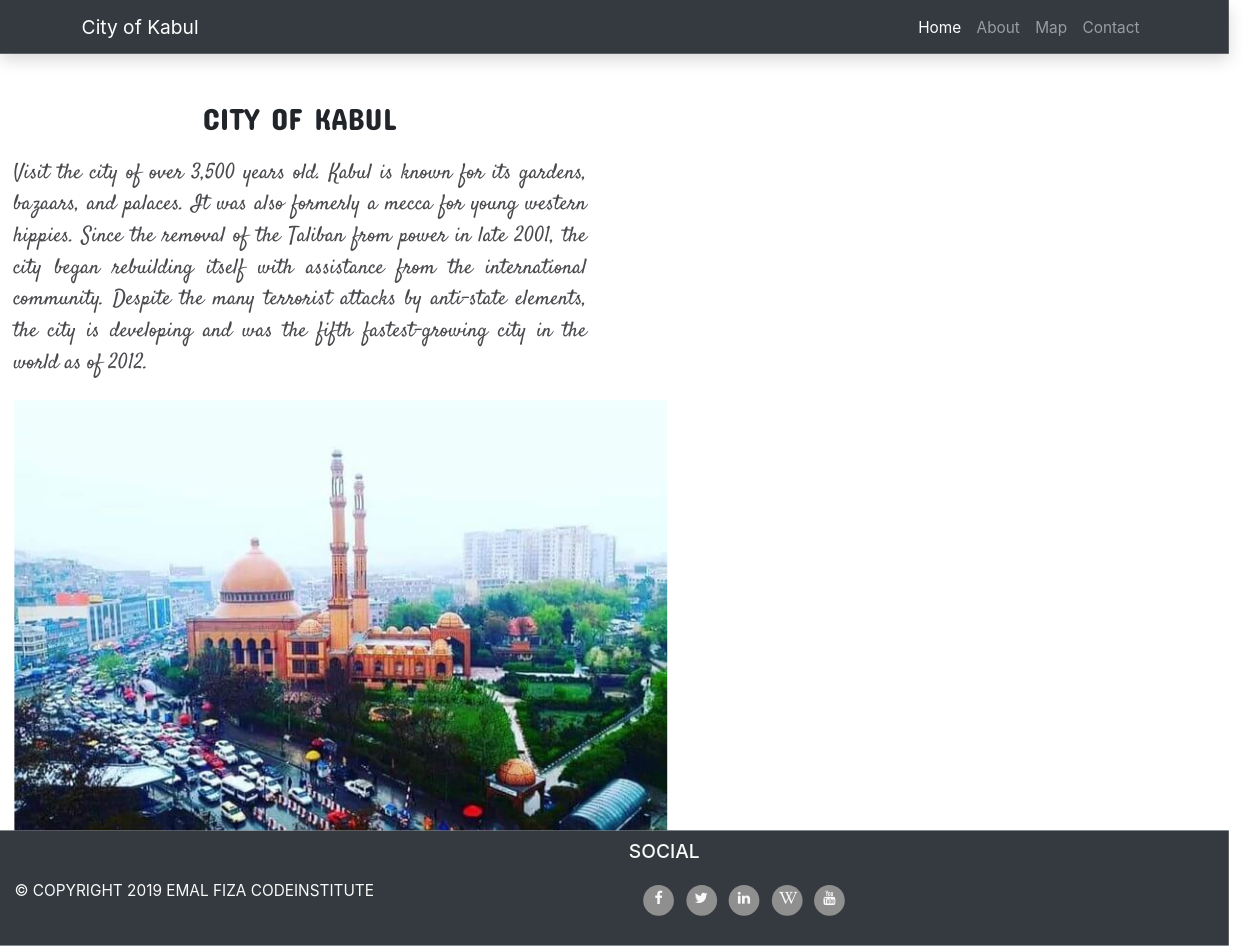
Repository: emalfiza/project-kabul
Page: about.html
The author's editor kept a record of every edit. The page is drawn from the files as they stood at one moment, then again after the next edit.
The browser window is 1280 px wide. The page is 1295 px wide, so the pictures cover 1295 px, including what lies to the right of the window. The pictures show the whole page, at 96% of full size.

Above is the page before.

After the next edit:
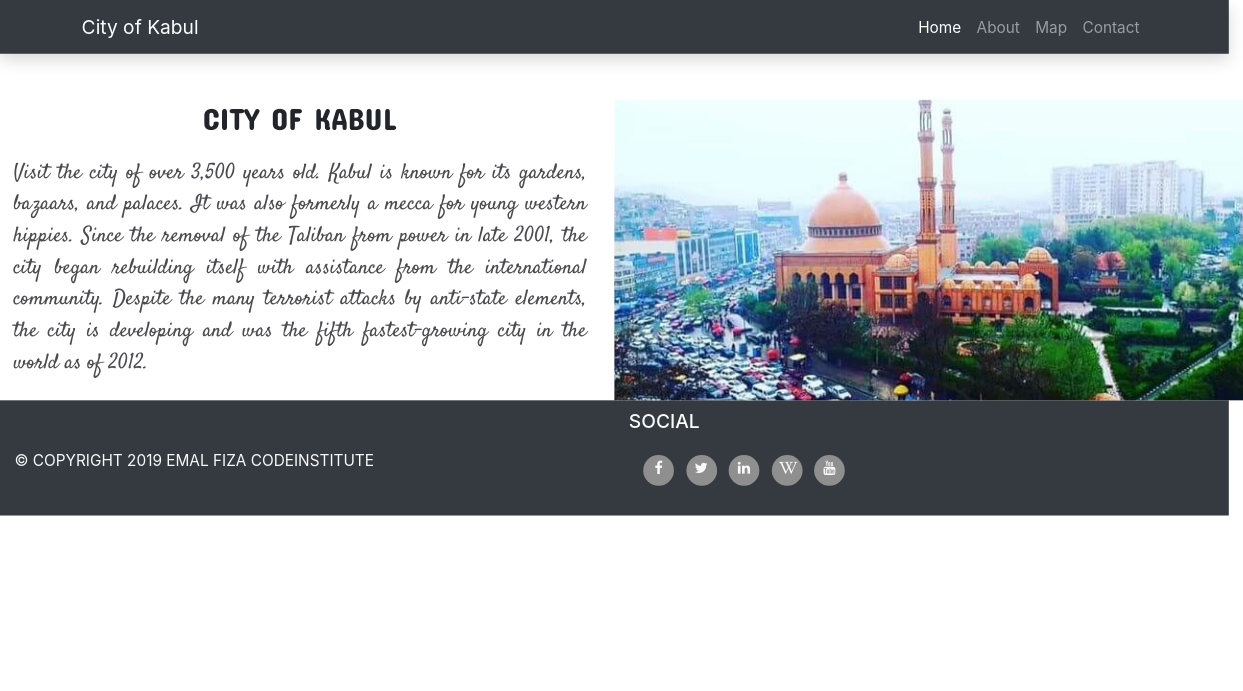
The edit:
--- a/about.html
+++ b/about.html
@@ -55,9 +55,8 @@
           Visit the city of over 3,500 years old. Kabul is known for its gardens, bazaars, and palaces. It was also formerly a mecca for young western hippies. Since the removal of the Taliban from power in late 2001, the city began rebuilding itself with assistance
           from the international community. Despite the many terrorist attacks by anti-state elements, the city is developing and was the fifth fastest-growing city in the world as of 2012.
         </p>
-        <div class="col-md-6">
-          <img src="../images/city-kabul.jpeg">
-
+      </div>
+      <div class="col-md-6 image-kb">
       </div>
     </div>
   </section>
